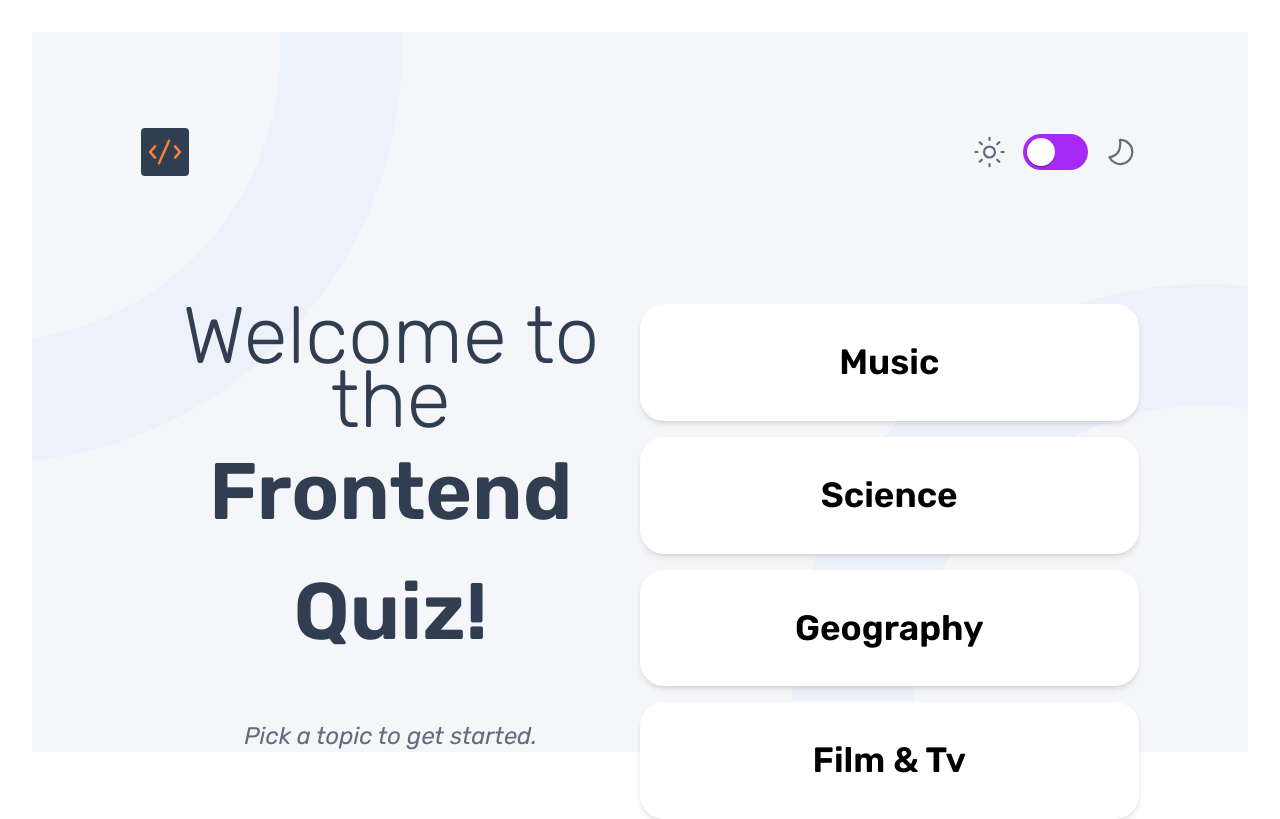
Repository: Shenixo/QuizApp
Page: /
An editor plug-in stored every save of this project. The page is shown before and after a run of saves, followed by the edit.
The browser window is 1280 px wide. The pictures show the whole page.
The project was rebuilt for these pictures with package versions that can differ from the ones it lists, and the page was loaded fresh each time. Also part of the build but not shown: vite.config.js.

Above is the page before, as saved 2025-03-31 14:30:20.

After the next 2 saves:
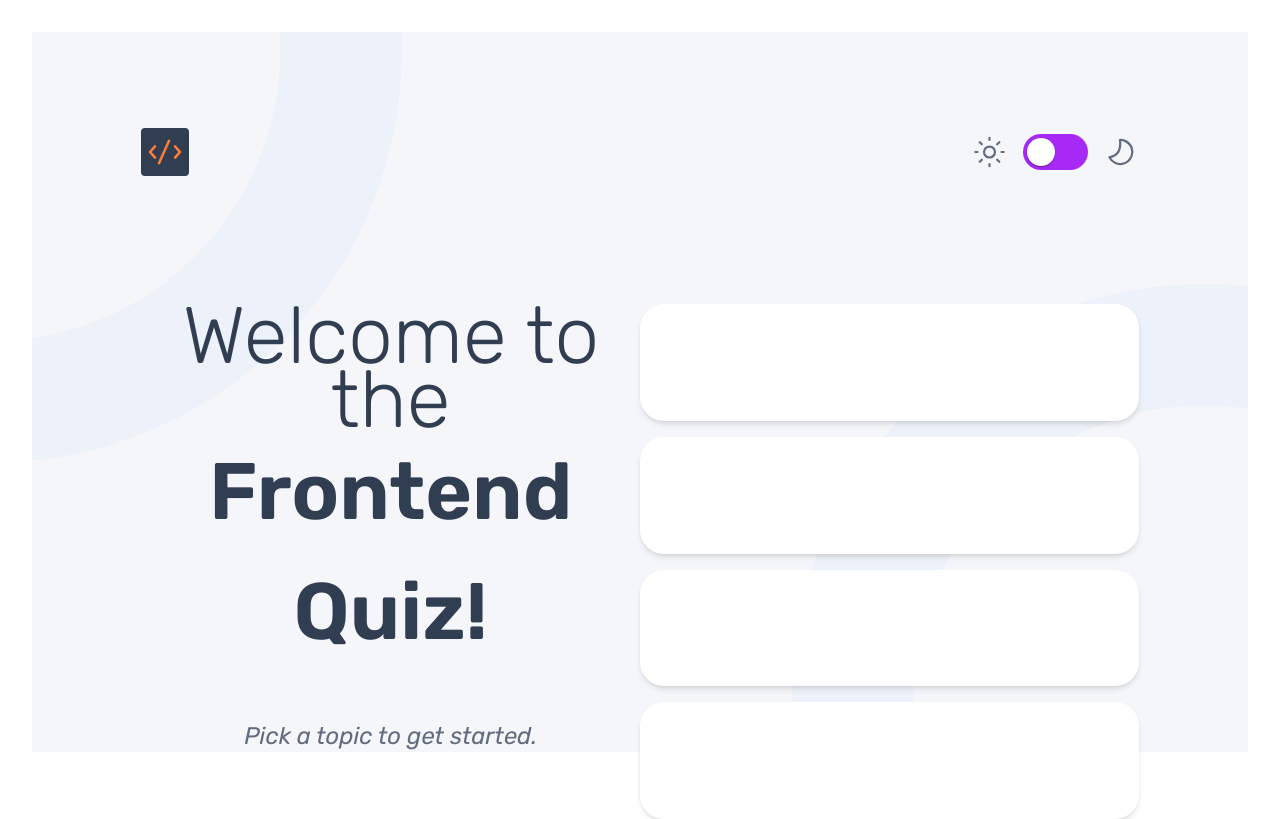
The 2 saves are shown as one change because they came seconds apart.
The last was saved 9 s later.
--- a/src/Components/Option/Option.jsx
+++ b/src/Components/Option/Option.jsx
@@ -11,7 +11,7 @@ const Option = () => {
           className={`${
             isDarkMode ? "bg-[#3b4d66]" : "bg-[#fff]"
           }
-          ${  isDarkMode ? "bg-[#3b4d66]" : "bg-[#fff]"}
+          ${  isDarkMode ? "text-[#3b4d66]" : "text-[#fff]"}
           transition-all duration-500 ease-in-out shadow-md shadow-[rgba(0,0,0,0.1)]  p-8 rounded-[1.5rem] cursor-pointer capitalize text-[2.2rem] font-semibold
 `}
           key={idx}
